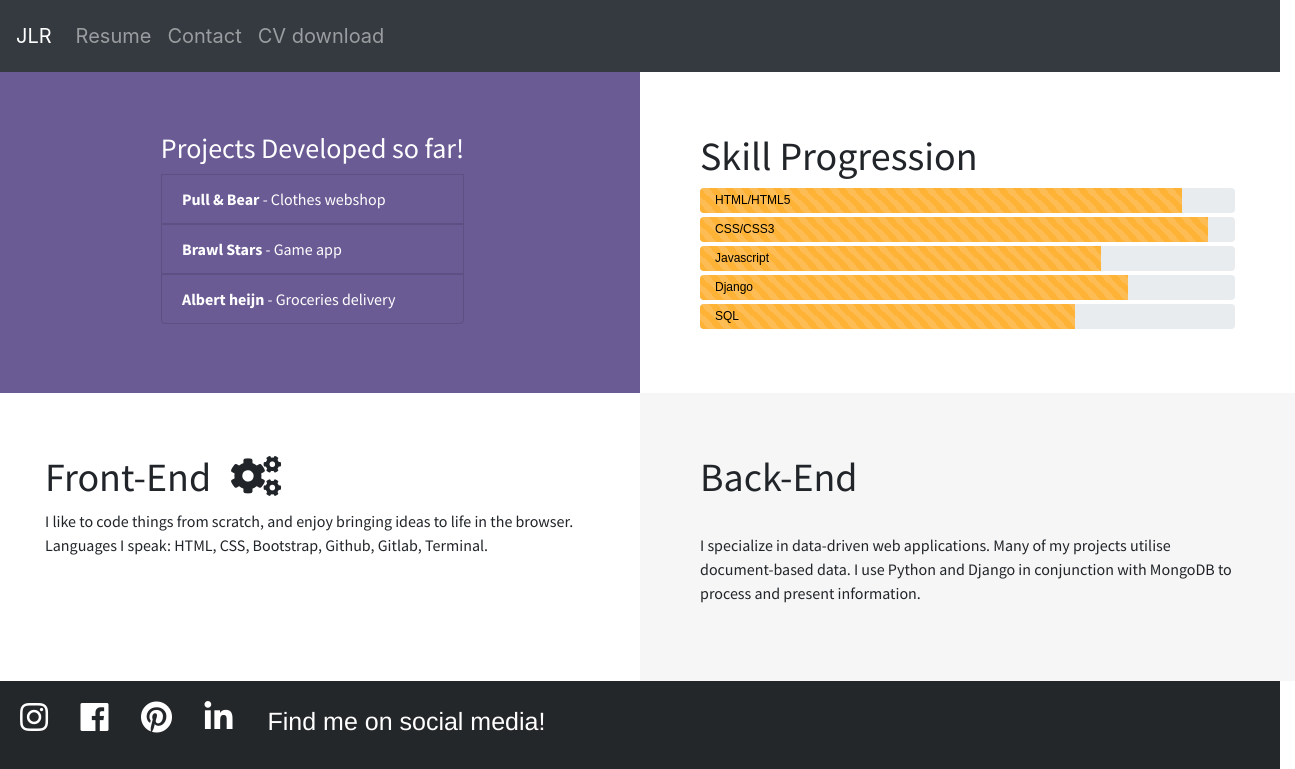
Repository: Kawaiisaki/Portfolio-site
Page: resume.html
The author's editor kept a record of every edit. The page is drawn from the files as they stood at one moment, then again after the next edit.
The browser window is 1280 px wide. The page is 1295 px wide, so the pictures cover 1295 px, including what lies to the right of the window. The pictures show the whole page.
Some icons come from a web library that is not loaded, so they are not drawn. Some web libraries are served in a nearby version.

Above is the page before.

After the next edit:
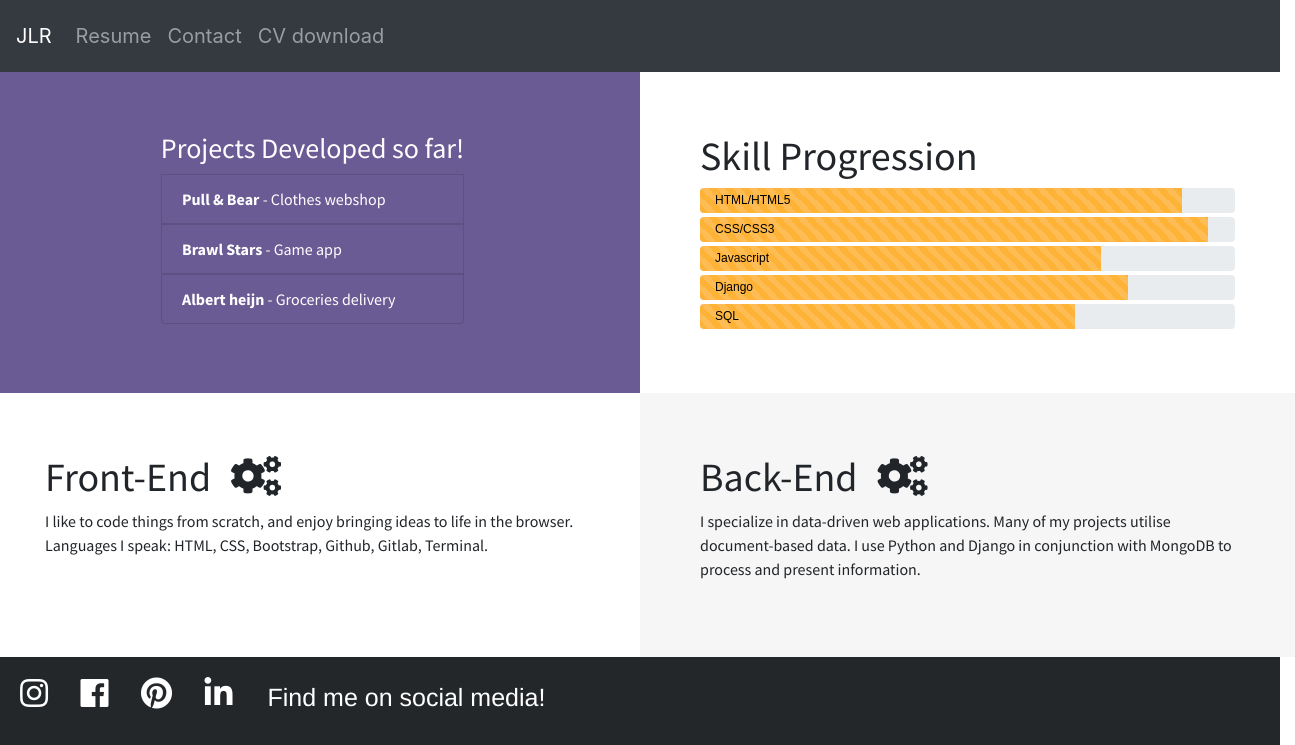
The edit:
--- a/resume.html
+++ b/resume.html
@@ -85,7 +85,7 @@
 
                 </div>
                 <div class="col back-end">
-                    <h1>Back-End</h1><i class="fas fa-balance-scale-right"></i>
+                    <h1>Back-End<i class="fas fa-cogs"></i></h1>
                     <p>I specialize in data-driven web applications. Many of my projects utilise document-based data. I use Python and Django in conjunction with MongoDB to process and present information.</p>
                 </div>
             </div>
